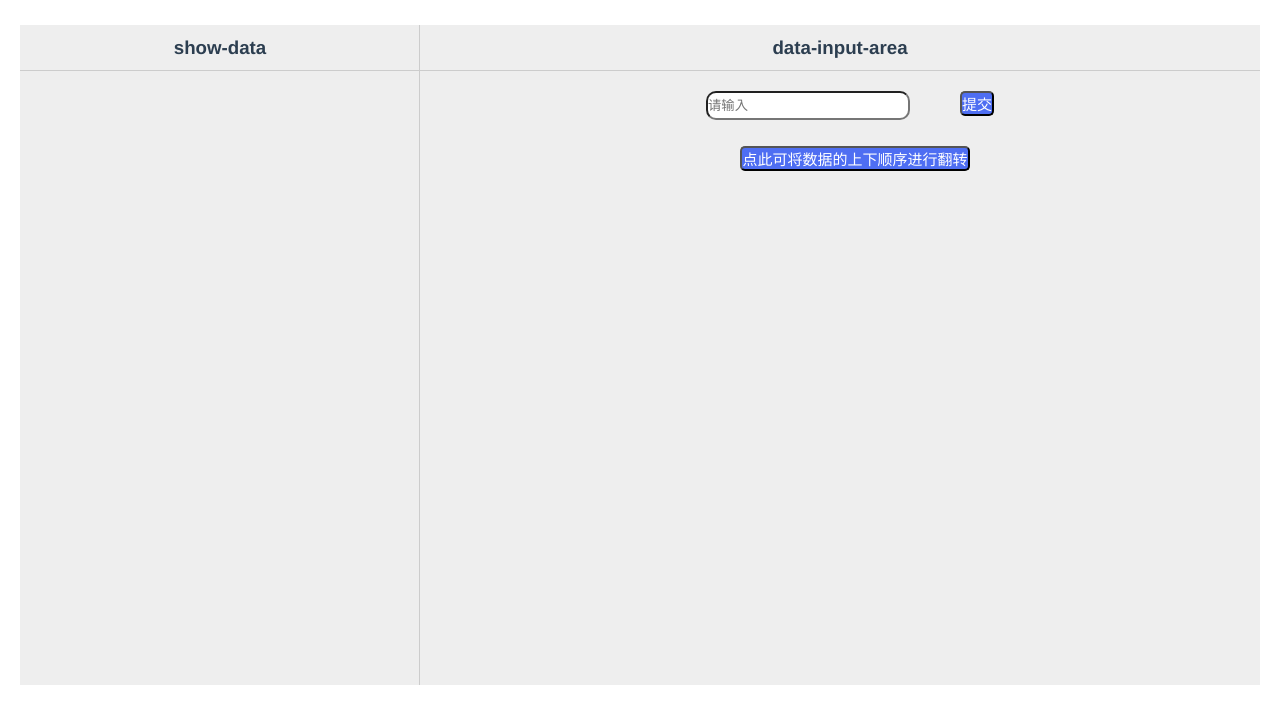
Repository: z-xy-git/demofirst
Page: /home/reverseShowData
These files come from the project's save history. The page is drawn as it stood at one moment and after the next save; the edit follows.
The browser window is 1280 px wide. The pictures show the whole page.
The project was rebuilt for these pictures with package versions that can differ from the ones it lists, and the page was loaded fresh each time.

Above is the page before, as saved 2021-03-01 15:16:19.

### src/App.vue
<template>
  <div id="app">
    <router-view/>
  </div>
</template>

<style>
#app {
  font-family: Avenir, Helvetica, Arial, sans-serif;
  -webkit-font-smoothing: antialiased;
  -moz-osx-font-smoothing: grayscale;
  text-align: center;
  color: #2c3e50;
}
body{
  background-color: #fff;
}
#nav {
  padding: 30px;
}

#nav a {
  font-weight: bold;
  color: #2c3e50;
}

#nav a.router-link-exact-active {
  color: #42b983;
}
</style>

### src/router/index.js
import Vue from 'vue'
import VueRouter from 'vue-router'
import Home from '../views/Home.vue'
import ShowData from '../views/ShowData.vue'
import ReverseShowData from '../views/ReverseShowData.vue'

Vue.use(VueRouter)

const originalPush = VueRouter.prototype.push;
VueRouter.prototype.push = function push(location) {
    return originalPush.call(this, location).catch(err => err)
}

const routes = [
  {
    path: '',
    redirect: '/home'
  },
  {
    path: '/home',
    name: 'Home',
    component: Home,
    children:[
      {
        path: 'showData',
        component: ShowData
      },
      {
        path: 'reverseShowData',
        component: ReverseShowData
      }
    ]
  },
  // {
    // path: '/showData',
    // name: 'ShowData',
    // route level code-splitting
    // this generates a separate chunk (about.[hash].js) for this route
    // which is lazy-loaded when the route is visited.
    // component: () => import(/* webpackChunkName: "about" */ '../views/ShowData.vue')
  // }
]

const router = new VueRouter({
  mode: 'history',
  base: process.env.BASE_URL,
  routes
})

export default router

### src/store/index.js
import Vue from 'vue'
import Vuex from 'vuex'
import getters from './getters'
import mutations from './mutation'

Vue.use(Vuex)

export default new Vuex.Store({
  state: {
    dataArr: []
  },
  getters,
  mutations,
  actions: {
  },
  modules: {
  }
})

### src/views/Home.vue
<template>
  <div class="home">
    <div class="left">
      <div class="left-top"><h3>show-data</h3></div>
    </div>
    <router-view/>
    <div class="right">
      <div class="right-title"><h3>data-input-area</h3></div>
      <div class="right-input">
        <input type="text" v-model="inputData"
          placeholder="请输入"
          class="input-style"
          onmouseover="this.select()">
        <button @click="btnclick" class="btn-style">提交</button>
      </div>
      <div class="right-reverse-btn">
        <button @click="reverseItemData" class="btn-style">点此可将数据的上下顺序进行翻转</button>
      </div>
    </div>
  </div>
</template>

<script>
// @ is an alias to /src

export default {
  name: 'Home',
  components: {
  },
  data(){
    return{
      inputData: '',
      isgoReverse: true
    }
  },
  methods:{
    btnclick() {
      this.$store.commit('addData',this.inputData);
      this.$router.push('/home/showData');
    },
    reverseItemData(){
      if(this.isgoReverse){
        this.$router.push('/home/reverseShowData');
        this.isgoReverse = false;
      }
      else{
        this.$router.push('/home/showData');
        this.isgoReverse = true;
      }
    }
  }
}
</script>
<style>
  *{
    margin: 0;
    padding: 0;
  }
  .home{
    width: 100%;
    height: 100%;
  }
  .left{
    position: absolute;
    left: 20px;
    top: 25px;
    width: 400px;
    height: 660px;
    background-color: #eee;
  }
  .left-top{
    height: 45px;
    line-height: 45px;
    text-align: center;
    border-bottom: 1px solid #ccc;
  }
  .right{
    position: absolute;
    right: 20px;
    top: 25px;
    width: calc(100% - 440px);
    height: 660px;
    border-left: 1px solid #ccc;
    background-color: #eee;
  }
  .right-title{
    height: 45px;
    line-height: 45px;
    text-align: center;
    border-bottom: 1px solid #ccc;
  }
  .input-style{
    margin: 20px;
    outline: none;
    border-radius: 10px;
    width: 200px;
    height: 25px;
  }
  .btn-style{
    margin: 0 0 30px 30px;
    outline: none;
    border-radius: 5px;
    background-color: #4e6ef2;
    font-size: 15px;
    color: #fff;
  }
</style>

### src/views/ShowData.vue
<template>
  <div class="show-data">
    <h4>show-data</h4>
    <p class="p" v-for="(item,index) in this.dataArr" :key="index">{{item}}</p>
  </div>
</template>

<script>
import {mapState} from 'vuex'

export default {
  name:'ShowData',
  computed:{
    ...mapState(['dataArr'])
  }
}
</script>

<style>
.show-data{
    position: absolute;
    left: 20px;
    top: 50px;
    width: 300px;
    height: 600px;
    background-color: #888;
    color: #fff;
  }
</style>

### src/views/ReverseShowData.vue
<template>
  <div class="show-data">
    <ul class="data-ul">
      <li v-for="(item, index) in reverseDataArr" :key="index">{{item}}</li>
    </ul>
  </div>
</template>

<script>
import {mapGetters} from 'vuex'

export default {
  name:'ReverseShowData',
  computed:{
    ...mapGetters(['dataArr']),
    reverseDataArr(){
      let data = JSON.parse(JSON.stringify(this.dataArr))
      return data.reverse();
    }
  }
}
</script>

<style scoped>
.show-data{
  position: absolute;
  left: 20px;
  top: 71px;
  width: 400px;
  height: 614px;
  background-color: #eee;
  color: #333;
  }
.data-ul{
  width: 100%;
  height: 100%;
  }
.data-ul li{
  list-style: none;
  height: 35px;
  line-height: 35px;
  border-bottom: 1px solid #ddd;
}
</style>

### src/store/getters.js
export default {
  dataArr(state){
    return state.dataArr;
  }
}

### src/store/mutation.js
export default {
  addData(state, payload){
    state.dataArr.push(payload);
  }
}

Loaded but not shown: public/index.html (common file); src/main.js (common file)

After the next save:
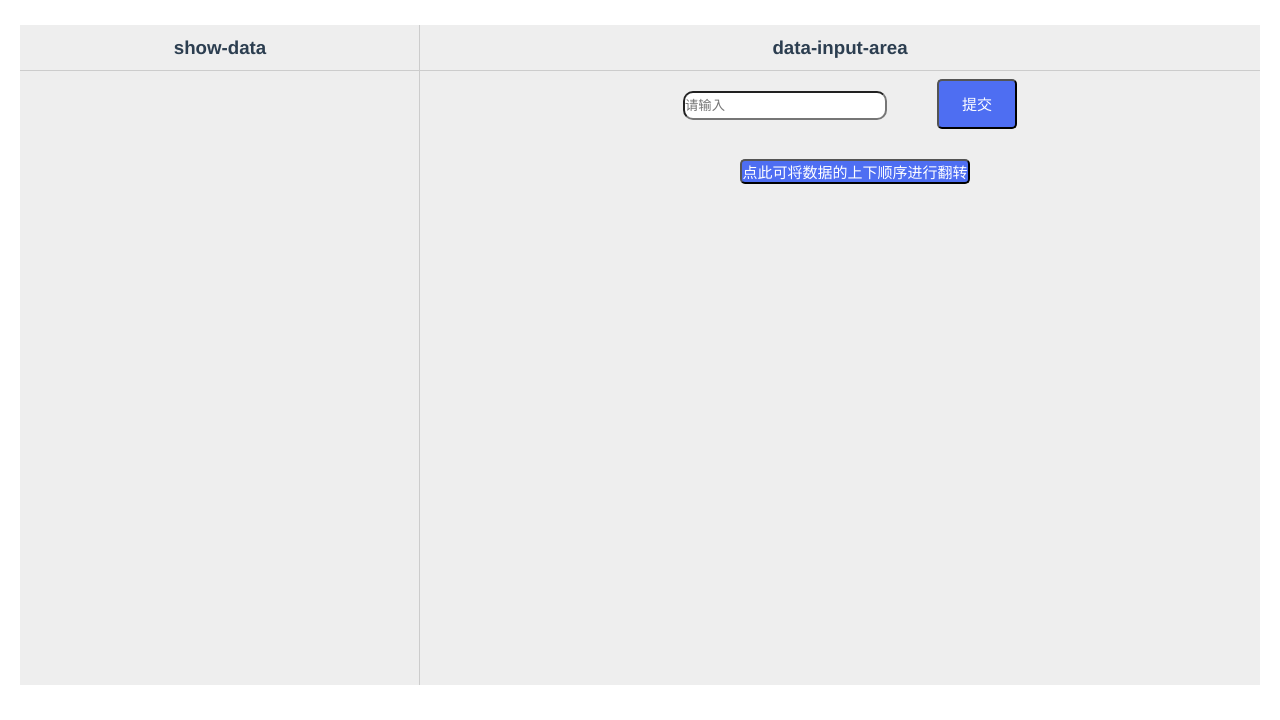
Saved 71 s later.
--- a/src/views/Home.vue
+++ b/src/views/Home.vue
@@ -104,4 +104,8 @@ export default {
     font-size: 15px;
     color: #fff;
   }
+  .right-input .btn-style{
+    width: 80px;
+    height: 50px;
+  }
 </style>
